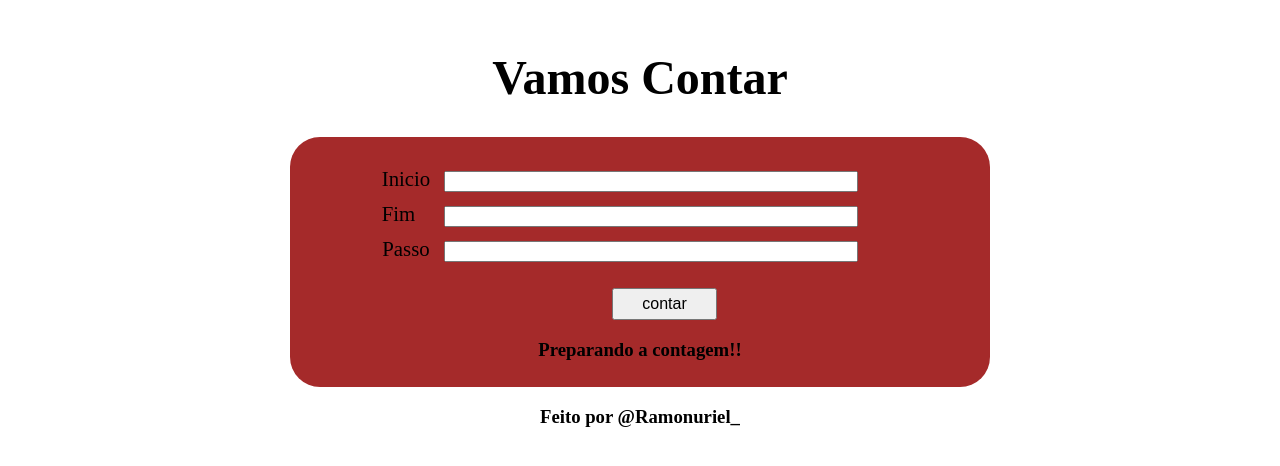
Repository: Ramonuriel/JS-Projetos
Page: Contador automatico/exercicio.html
These files come from the project's save history. The page is drawn as it stood at one moment and after the next save; the edit follows.
The browser window is 1280 px wide. The pictures show the whole page.

Above is the page before, as saved 2022-12-27 21:15:42.

After the next save:
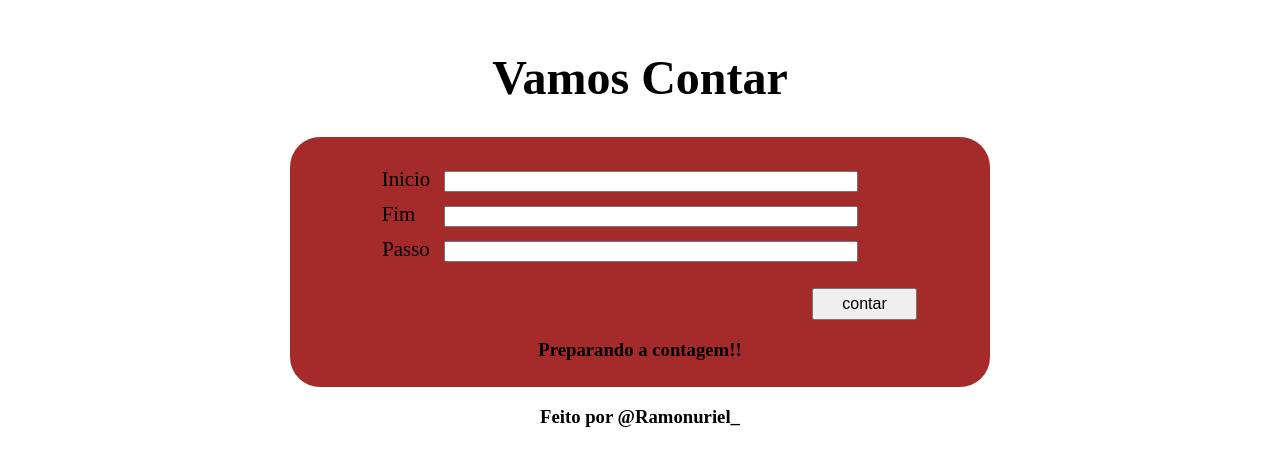
Saved 7 s later.
--- a/Contador automatico/style.css
+++ b/Contador automatico/style.css
@@ -49,7 +49,7 @@ input {
 
 .btn {
   font-size: 1rem;
-  margin-left: 322px;
+  margin-left: 522px;
   width: 15%;
   height: 2rem;
   cursor: pointer;
